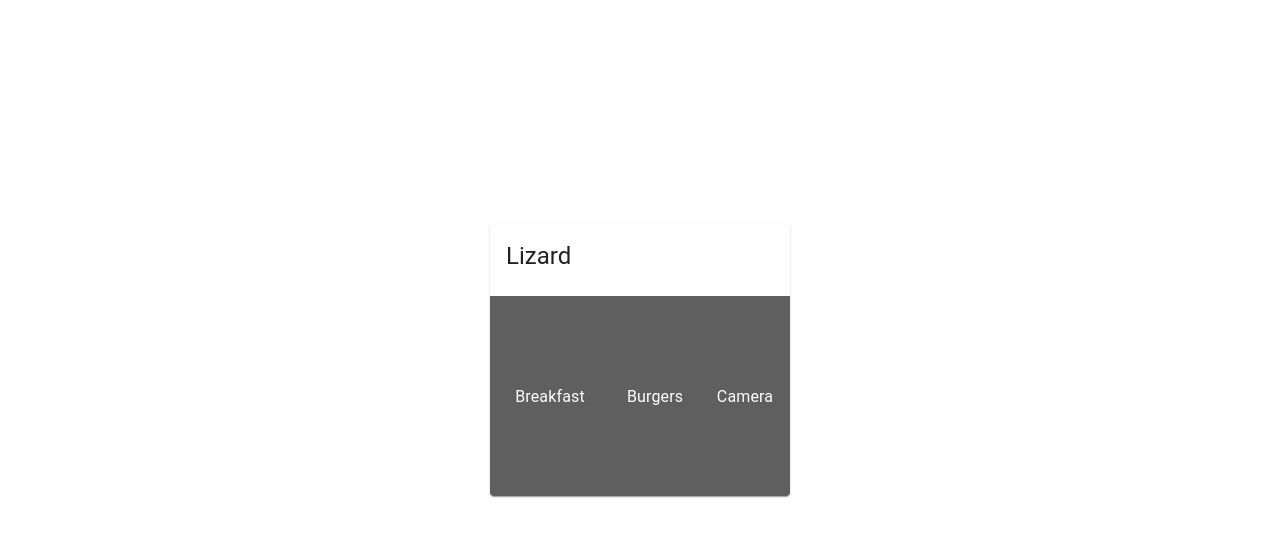
Repository: watthananick1/petstory
Page: /
An editor plug-in stored every save of this project. The page is shown before and after the next save, followed by the edit.
The browser window is 1280 px wide. The pictures show the whole page.
Pictures or frames that could not be fetched are drawn as grey boxes. The project was rebuilt for these pictures with package versions that can differ from the ones it lists, and the page was loaded fresh each time.

Above is the page before, as saved 2023-03-25 13:47:16.

### src/index.tsx
import React from 'react';
import ReactDOM from 'react-dom/client';
import './index.css';
import App from './App';
import reportWebVitals from './reportWebVitals';
import { BrowserRouter } from 'react-router-dom';

const root = ReactDOM.createRoot(document.getElementById('root') as HTMLElement);
root.render(
    <React.StrictMode>
        <BrowserRouter>
            <App />
        </BrowserRouter>
    </React.StrictMode>
);

// If you want to start measuring performance in your app, pass a function
// to log results (for example: reportWebVitals(console.log))
// or send to an analytics endpoint. Learn more: https://bit.ly/CRA-vitals
reportWebVitals();

### src/App.tsx
import logo from './assets/logo.svg';
import styles from './App.module.scss';
import { Menu } from './components/menu/menu';
import { Container } from './components/container/container';
import { Navbar } from './components/navbar/navbar';
import { Posts } from './components/posts/posts';
import Login from './components/login/login';
import SignUp from './components/sign-up/sign-up';
import CardTypePet from './components/card-type-pet/card-type-pet';
import { Route, Routes } from 'react-router';

function App() {
    return (
        // <div className={styles.App}>
        //     <Navbar />
        //     <Menu />
        //     <Container />
        //     <Posts />
        // </div>
        <div>
            <Routes>
                {/* <Route id="login" path="/" element={<Login />} />
                <Route id="signUp" path="/signUp" element={<SignUp />} /> */}
                {/* <Route path="/home" element={<Home />} /> */}
                <Route path="/" element={<CardTypePet />} />
            </Routes>
        </div>
    );
}

export default App;

### src/components/card-type-pet/card-type-pet.tsx
import * as React from 'react';
import { styled } from '@mui/material/styles';
import Box from '@mui/material/Box';
import ButtonBase from '@mui/material/ButtonBase';
import Typography from '@mui/material/Typography';
import { Card, CardContent } from '@mui/material';

const images = [
    {
        url: '/static/images/buttons/breakfast.jpg',
        title: 'Breakfast',
        width: '40%',
    },
    {
        url: '/static/images/buttons/burgers.jpg',
        title: 'Burgers',
        width: '30%',
    },
    {
        url: '/static/images/buttons/camera.jpg',
        title: 'Camera',
        width: '30%',
    },
];

const ImageButton = styled(ButtonBase)(({ theme }) => ({
    position: 'relative',
    height: 200,
    [theme.breakpoints.down('sm')]: {
        width: '100% !important', // Overrides inline-style
        height: '10%',
    },
    '&:hover, &.Mui-focusVisible': {
        zIndex: 1,
        '& .MuiImageBackdrop-root': {
            opacity: 0.15,
        },
        '& .MuiImageMarked-root': {
            opacity: 0,
        },
        '& .MuiTypography-root': {
            border: '4px solid currentColor',
        },
    },
}));

const ImageSrc = styled('span')({
    position: 'absolute',
    left: 0,
    right: 0,
    top: 0,
    bottom: 0,
    backgroundSize: 'cover',
    backgroundPosition: 'center 40%',
});

const Image = styled('span')(({ theme }) => ({
    position: 'absolute',
    left: 0,
    right: 0,
    top: 0,
    bottom: 0,
    display: 'flex',
    alignItems: 'center',
    justifyContent: 'center',
    color: theme.palette.common.white,
}));

const ImageBackdrop = styled('span')(({ theme }) => ({
    position: 'absolute',
    left: 0,
    right: 0,
    top: 0,
    bottom: 0,
    backgroundColor: theme.palette.common.black,
    opacity: 0.4,
    transition: theme.transitions.create('opacity'),
}));

const ImageMarked = styled('span')(({ theme }) => ({
    height: 3,
    width: 18,
    backgroundColor: theme.palette.common.white,
    position: 'absolute',
    bottom: -2,
    left: 'calc(50% - 9px)',
    transition: theme.transitions.create('opacity'),
}));

export default function CardTypePet() {
    return (
        <div style={{ display: 'flex', alignItems: 'center', height: '100vh'}}>
            <Card sx={{ maxWidth: 500, margin: '0 auto' }}>
                <CardContent>
                    <Typography gutterBottom variant="h5" component="div">
                        Lizard
                    </Typography>
                </CardContent>
                <Box sx={{ display: 'flex', flexWrap: 'wrap', minWidth: 300, width: '100%' }}>
                    {images.map((image) => (
                        <ImageButton
                            focusRipple
                            key={image.title}
                            style={{
                                width: image.width,
                            }}
                            onClick={() => console.log(`Clicked on ${image.title}`)}
                        >
                            <ImageSrc style={{ backgroundImage: `url(${image.url})` }} />
                            <ImageBackdrop className="MuiImageBackdrop-root" />
                            <Image>
                                <Typography
                                    component="span"
                                    variant="subtitle1"
                                    color="inherit"
                                    sx={{
                                        position: 'relative',
                                        p: 4,
                                        pt: 2,
                                        pb: (theme) => `calc(${theme.spacing(1)} + 6px)`,
                                    }}
                                >
                                    {image.title}
                                </Typography>
                            </Image>
                        </ImageButton>
                    ))}
                </Box>
            </Card>
        </div>
    );
}

Loaded but not shown: public/index.html (common file); src/index.css (common file); src/reportWebVitals.ts (common file)

After the next save:
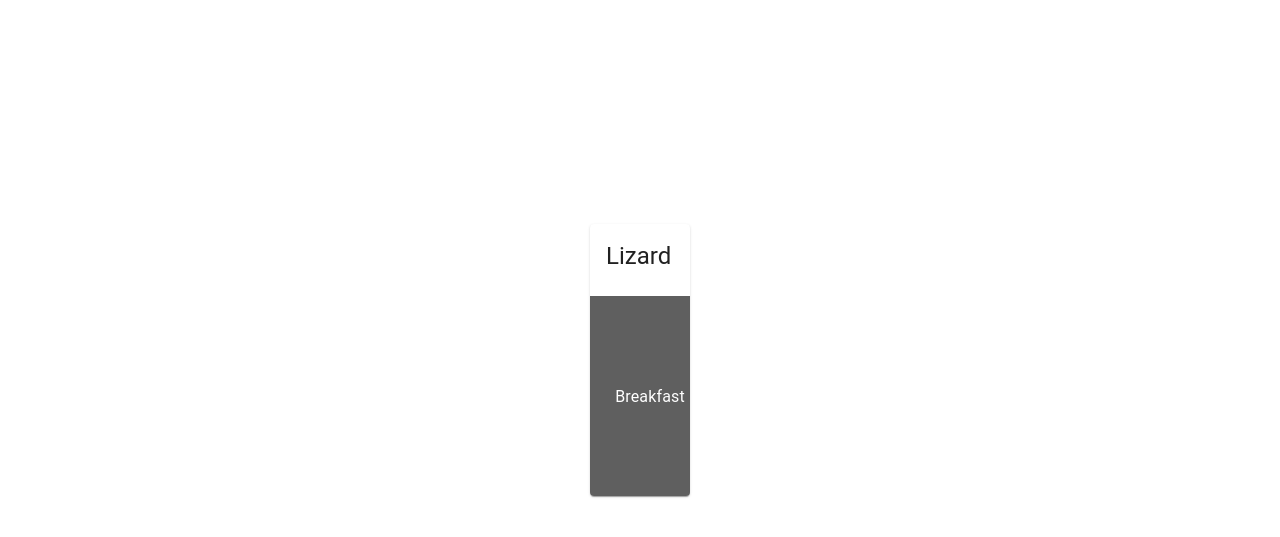
Saved 14 s later.
--- a/src/components/card-type-pet/card-type-pet.tsx
+++ b/src/components/card-type-pet/card-type-pet.tsx
@@ -90,7 +90,7 @@
 export default function CardTypePet() {
     return (
         <div style={{ display: 'flex', alignItems: 'center', height: '100vh'}}>
-            <Card sx={{ maxWidth: 500, margin: '0 auto' }}>
+            <Card sx={{ maxWidth: 100, margin: '0 auto' }}>
                 <CardContent>
                     <Typography gutterBottom variant="h5" component="div">
                         Lizard

After the save that followed:
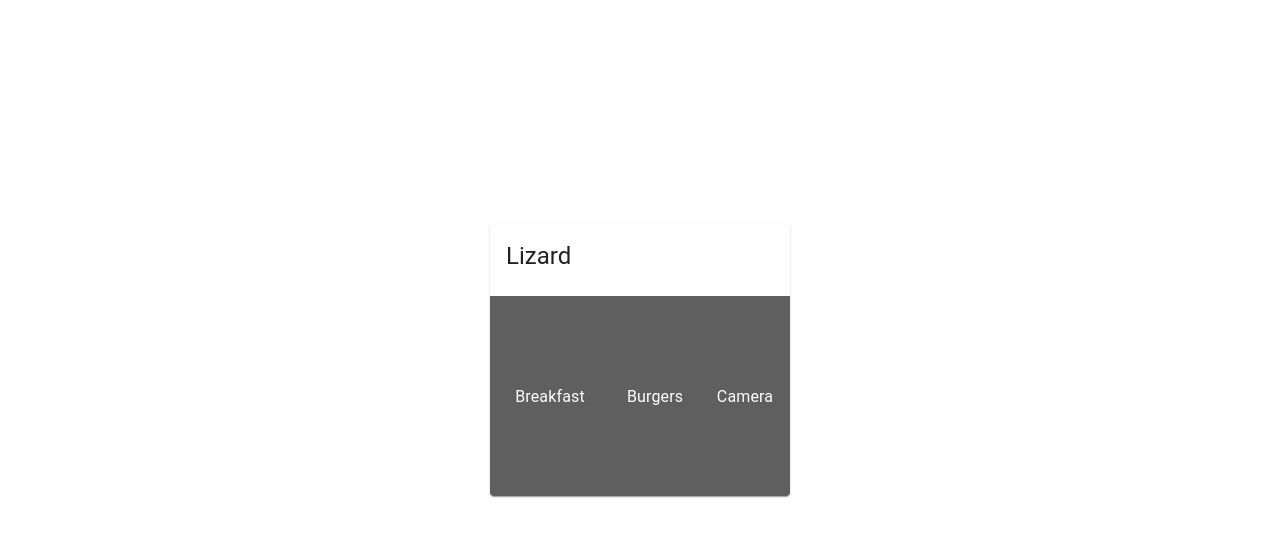
Saved 6 s later.
--- a/src/components/card-type-pet/card-type-pet.tsx
+++ b/src/components/card-type-pet/card-type-pet.tsx
@@ -90,7 +90,7 @@
 export default function CardTypePet() {
     return (
         <div style={{ display: 'flex', alignItems: 'center', height: '100vh'}}>
-            <Card sx={{ maxWidth: 100, margin: '0 auto' }}>
+            <Card sx={{ maxWidth: 400, margin: '0 auto' }}>
                 <CardContent>
                     <Typography gutterBottom variant="h5" component="div">
                         Lizard
